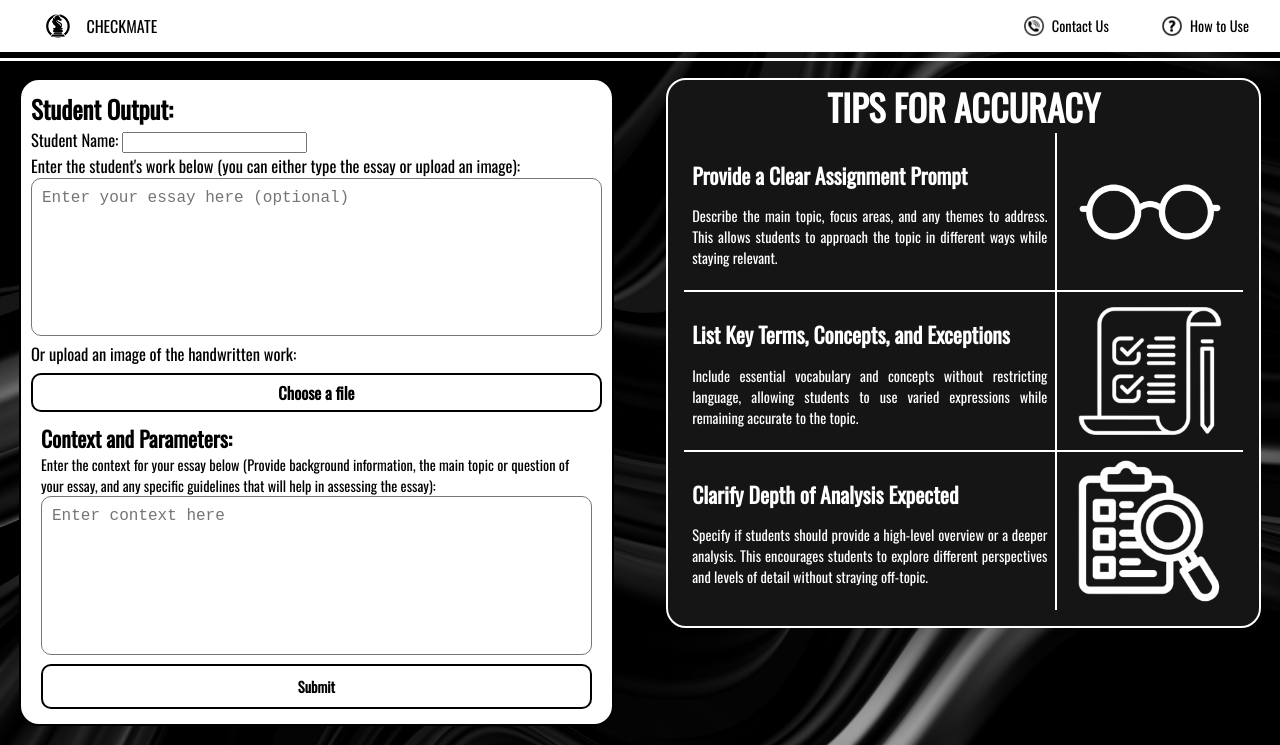
Repository: iiTzXyZ11/CheckMateAI
Page: http://localhost/scan
An editor plug-in stored every save of this project. The page is shown before and after the next save, followed by the edit.
The browser window is 1280 px wide. The pictures show the whole page.
The page is served by the project's application, run on Flask 3 (app.py).

Above is the page before, as saved 2025-01-30 22:41:23.

### templates/index.html
<!DOCTYPE html>
<html lang="en">
    <head>
        <meta charset="UTF-8" >
        <meta name="viewport" content="width=device-width, initial-scale=1.0">
        <title>CheckMate AI</title>
        <link rel="stylesheet" href="{{ url_for('static', filename='css/style.css') }}">
        <link rel="stylesheet" href="{{ url_for('static', filename='css/mobile_test_style.css') }}">
        <link rel="stylesheet" href="{{ url_for('static', filename='css/test_style.css') }}">
        <link rel="icon" type="image/x-icon" href="{{ url_for('static', filename='favicon.ico') }}">
        <link href='https://fonts.googleapis.com/css?family=Oswald' rel='stylesheet'>
        <link rel="apple-touch-icon" sizes="180x180" href="{{ url_for('static', filename='favicons/apple-touch-icon.png', _external=True) }}">
        <link rel="icon" type="image/png" sizes="32x32" href="{{ url_for('static', filename='favicons/favicon-32x32.png', _external=True) }}">
        <link rel="icon" type="image/png" sizes="16x16" href="{{ url_for('static', filename='favicons/favicon-16x16.png', _external=True) }}">
        <link rel="manifest" href="{{ url_for('static', filename='favicons/site.webmanifest', _external=True) }}">
    </head>
    <body>
        <header class="header">
            <div class="header-text">
                <img src="{{ url_for('static', filename='css/images/logo_black.jpg') }}" alt="CheckMate Logo">
                <p>CHECKMATE</p>
            </div>

            <div class="header-buttons">
                <a href="{{ url_for('contact') }}" class="header-link">
                    <img src="{{ url_for('static', filename='css/images/contact.png') }}" class="contact-icon" alt="Contact Icon">
                    Contact Us
                </a>
                <a href="https://www.youtube.com/watch?v=Ia6pL32Ip8I&ab_channel=CheckMateAI"
                target="_blank"
                rel="noopener noreferrer"
                class="header-link">
                    <img src="{{ url_for('static', filename='css/images/question_mark.png') }}" class="qm-icon" alt="Help Icon">
                    How to Use
                </a>
            </div>
        </header>
        <div class="top-bar"></div>

        <div class="content-wrapper">

            <div class="container">
                <div class="box">
                    <h2>Student Output:</h2>
                    <form action="{{ url_for('index') }}" method="POST" enctype="multipart/form-data">
                        <label for="student_name">Student Name:</label>
                        <input type="text" id="student_name" name="student_name" required>

                        <p>Enter the student's work below (you can either type the essay or upload an image):</p>
                        <textarea name="essay" placeholder="Enter your essay here (optional)"></textarea>
                        <p>Or upload an image of the handwritten work:</p>
                        <label class="custom-file-upload">
                            Choose a file
                            <input type="file" name="image" accept="image/*" style="display: none;" onchange="updateFileName()" />
                        </label>
                        <div id="file-name" style="margin-top: 10px; color: black;"></div> <!-- Display the file name here -->

                        <div class="box1">
                            <h2 style="color: black">Context and Parameters:</h2>
                            <p>Enter the context for your essay below (Provide background information, the main topic or question of your essay, and any specific guidelines that will help in assessing the essay):</p>
                            <textarea name="context" placeholder="Enter context here" required>{{ context }}</textarea>
                            <button type="submit">Submit</button>
                        </div>
                    </form>
                </div>
            </div>

            <div class="tips-wrapper">
                <div class="tips-container">
                    <h1>TIPS FOR ACCURACY</h1>
                        <div class="tips-grid">
                            <div class="tip1">
                                <h2>Provide a Clear Assignment Prompt</h2>
                                <p>Describe the main topic, focus areas, and any themes to address. This allows students to approach the topic in different ways while staying relevant.</p>
                            </div>

                            <div class="tip2">
                                <img class="glasses" src="static/css/images/tips/Glasses.png" alt="Glasses Icon" loading="lazy">
                            </div>

                            <div class="tip3">
                                <h2>List Key Terms, Concepts, and Exceptions</h2>
                                <p>Include essential vocabulary and concepts without restricting language, allowing students to use varied expressions while remaining accurate to the topic.</p>
                            </div>

                            <div class="tip4">
                                <img class="list" src="static/css/images/tips/List.png" alt="List Icon" loading="lazy">
                            </div>

                            <div class="tip5">
                                <h2>Clarify Depth of Analysis Expected</h2>
                                <p>Specify if students should provide a high-level overview or a deeper analysis. This encourages students to explore different perspectives and levels of detail without straying off-topic.</p>
                            </div>

                            <div class="tip6">
                                <img class="board" src="static/css/images/tips/Board.png" alt="Board Image" loading="lazy">
                            </div>
                        </div>
                    </div>
                </div>
            </div>
        </div>

        <script>
            // Function to display the file name
            function updateFileName() {
                const fileInput = document.querySelector('input[type="file"]');
                const fileNameDisplay = document.getElementById('file-name');
                if (fileInput.files.length > 0) {
                    fileNameDisplay.textContent = "Selected file: " + fileInput.files[0].name;
                }
            }
        </script>
    </body>
</html>

### static/css/style.css
@import url('https://fonts.googleapis.com/css?family=Oswald');

@font-face {
  font-family: 'Agrandir Wide';
  src: url('..fonts/Agrandir-WideBlackItalic.woff2') format('woff2'),
      url('../fonts/Agrandir-WideBlackItalic.woff') format('woff');
  font-weight: 900;
  font-style: italic;
  font-display: swap;
}

@font-face {
  font-family: 'Agrandir';
  src: url('../fonts/Agrandir-Regular.woff') format('woff'),
      url('../fonts/Agrandir-Regular.woff2') format('woff2');
  font-weight: normal;
  font-style: normal;
  font-display: swap;
}

body {
  gap: 0rem;
  grid-template-rows: repeat(auto-fill, minmax(100px, 1fr));
  margin: 0;
  font-family: 'Oswald';
  background-image: url('background.jpg');
  background-size: cover;

  overflow-x: hidden;
}

.top-bar{
  position: absolute;
  background-color: white;
  top:clamp(4.1rem, 25vw, 4.7rem);
  height: 0.5vh;
  width: 100%;
  margin:0;
}

.header {
  display: grid;
  grid-template-columns: 1fr 1fr;
  align-items: center; /* Allow items to align themselves */
  background-color: white;
  z-index: 1000;
  padding: 8px;
  height:fit-content;
}

.header-text {
  display: flex; /* Make it a flex container */
  align-items: center; /* Center content vertically */
  background: transparent;
  font-size: clamp(0.4rem,3vh,1rem);
}

.header-text p {
  margin: 0
}

.header-text img {
  display: block; /* Ensures the image respects width settings */
  width: clamp(1.5rem,3vh, 2rem); /* Optional: Prevents the image from exceeding a specific size */
  height: auto; /* Maintains the aspect ratio */
  margin-left: 3vw; /* Space from the left */
  margin-right: 1rem; /* Space between image and text */
  margin-top: 0rem;
  margin-bottom: 0rem;
}
.header-buttons {
  background: transparent;
  gap: 3vw;
  display: flex; /* Flex container for its own children */
  align-items: center; /* Center its own children vertically */
  font-size: clamp(0.4rem,3vh,0.9rem);
  margin-left: auto;
  margin-right: 1rem;

}

.header-buttons a {
  transition: border-color 0.3s;
  font-family: 'Oswald';
  color: black;
  text-decoration: none; /* Remove underline from links */
  padding: 0.8vh 1.5vh; /* Add padding */
  border: 2px solid transparent; /* Optional border for button */
  display: flex; /* Align icon and text */
  align-items: center; /* Center vertically */
  padding: 5px;
}

.header-buttons a:hover {
  border-color: black; /* Hover background */
}

.main{
  margin-top: 0.5rem;
  display: grid;
  grid-template-rows: 2fr 1fr;
  width: 100%;
  height: 100vh;
  color:#ffffff;
  align-items: center;
}

.top {
  margin:0;
  display: grid;
  grid-template-rows: 0.3fr 0.3fr;
  padding: 0vh 2vw;
  background: transparent;
}

.head img {
  display:flex;
  width:clamp(10rem, 40vw, 50rem); /* Set desired width */
  height: auto; /* Maintain aspect ratio */
  margin: 0 auto; /* Center horizontally within its parent */
  background-color: transparent;
}

.head {
  display: flex;
  flex-direction: column;
  width: 100%;
  background: transparent;
}

.title {
  display: flex; /* Use flexbox for alignment */
  justify-content: center; /* Center horizontally */
  align-items: center; /* Center vertically */
  text-align: center; /* Ensure the text itself is aligned */
  background: transparent;
  background-image: url('images/ribbon.png');
  background-position: center;
  background-repeat: no-repeat;
  background-size: clamp(9rem, 28vw, 24rem);
  height: clamp(7.5vh, 13vw, 100vh); /* Ensure sufficient height */
}

.head h2{
  margin:0;
  background: transparent;
  text-align: center;
}

.title h1 {
  margin-bottom: clamp(1rem,4vw, 100rem); /* Remove default margins */
  color: black;
  transform: rotate(355deg); /* Keep the rotation */
  font-size: clamp(1rem, 5vw, 25px); /* Ensure font scales appropriately */
}

.head h2{
  font-size: large;
  margin-bottom: 0.5rem;
}

.top a{
  margin-top: 1rem;
  display: block;
  align-self: center;
  justify-self: center;
  border: 4px solid white;
  background-color: transparent;
  color: white;
  text-decoration: none;
  font-size: 1rem;
  padding: .3vw 1vw;
  transition: color 0.3s, text-decoration 0.3s, border-color 0.3s;
  width: fit-content;
}

.top a:hover {
  font-weight: bold;
  color: black;
  text-decoration: underline 1px black;
  text-underline-offset: 6px;
  background-color: white;
  border-color: white;
  text-decoration-thickness: 2px;
  transition: color 0.3s, text-decoration 0.3s, background-color 0.3s, border-color 0.3s;
}

.top .desc {
  margin:0;
  background: transparent;
  display: block;
  width: 100%;
  text-align: center;
  font-size: clamp(10px, 3vw, 20px);
}

.bottom {
  display: flex; /* Enable flexbox on the parent container */
  flex-direction: column; /* Ensure the flex direction is vertical */
  justify-content: flex-end; /* Align items at the bottom */
  background: transparent;
  width: 100%;
  height: 100%;
}

.chessboard {
  width: 100%; /* Full viewport width */
  height: 100%; /* Scale proportionally */
}

.disclaimer {
  position: absolute; /* Allows the disclaimer to be positioned over the chessboard */
  bottom: 0; /* Aligns the disclaimer at the bottom of the parent container */
  color: white;
  background: black;
  border: 4px solid white;
  border-radius: 1rem;
  font-family: 'Oswald';
  font-size: clamp(0.5rem,2vw,0.8rem);
  align-self: center;
  text-align: center;
  padding: 5px;
  width: auto;
}

.header-bar {
  background-color: transparent;
  color: #fff;
  padding: 10px;
  text-align: center;
}


.button-container {
  text-align: center;
  margin-top: 30px;
}

.form-container,
.criteria-container {
  flex: 1;
  display: flex;
  flex-direction: column;
}

.criteria-container {
  margin-right: 20px;
}

.criteria-container table {
  width: 100%;
  border-collapse: collapse;
}

.criteria-container th,
.criteria-container td {
  border: 2px solid black;
  padding: 12px;
  text-align: center;
  font-size: 30px;
}

.criteria-container th {
  font-size: 25px;
}

.criteria {
  font-size: 36px;
  color: #333;
  padding: 40px;
  margin: 0 auto;
  background-color: #d9d9dd;
  border: 2px solid #3b1a08;
  border-radius: 10px;
  text-align: center;
  display: inline-block;
}

/* Button Styles */
.button,
.link-button,
.container button[type="submit"],
.small-button {
  background-color: #ffffff;
  border: 2px solid black;
  border-radius: 10px;
  color: black;
  padding: 10px 20px;
  text-decoration: none;
  cursor: pointer;
  font-family: 'Oswald';
  margin: 5px 0;
  display: inline-block;
  transition: background-color 0.3s, color 0.3s, border-color 0.3s; /* Add transition */
  font-weight: bold;
}

.button:hover,
.link-button:hover,
.container button[type="submit"]:hover,
.small-button:hover {
  background-color: black;
  color: #fff;
  border-color: black;
  font-weight: bold;
}

/* FRONT_PAGE.HTML */
/* Shared styles */

.desc{
  width: 28vw;
  font-size: 1.2em;
}

.contact-icon,
.qm-icon {
  width: 3vh; /* Consistent size */
  height: auto; /* Maintain aspect ratio */
  margin-right: 1vh; /* Space between icon and text */
}

.contact-icon {
  color: black;
}

.qm-icon {
  color: black;
}

.results-container {
  display: flex;
  flex-direction: column; /* Stacks items vertically */
  width: 80%;
  justify-self: center; /* Centers items horizontally */
  background: white;
  border: 2px solid black;
  border-radius: 20px;
  padding: 15px;
  margin-top: 10vh;
  font-size: clamp(10px, 3vw, 20px);
}

.results-container h2{
  font-size: clamp(1rem, 5vw, 45px);
}

.desktop{
  display:none;
}

.stuff{
  display: flex;
  flex-direction: column;
}

@media only screen and (min-width: 720px){
  #mobile{
    display:none;
  }

  .desktop{
    display:contents;
  }

  .top-bar{
    top:clamp(3.6rem, 8vh, 5.3rem);
  }

  .bottom .chessboard{
    display: none;
  }

  .disclaimer{
    border:  solid white;
    font-size: clamp(0.4rem,0.7vw,0.8rem);
  }

  .head{
    display:grid;
    grid-template-columns: 1fr 1fr;
  }

  .desktop .head img{
    align-self: left;
    margin: 0 auto;
    margin-top: 9%;
    width:clamp(5rem, 25vw, 50rem); /* Set desired width */
  }

  .title{
    display:flex;
    flex-direction: column;
    margin-top: clamp(1rem, 8vh, 9rem);
  }

  .title h1{
    margin-top: clamp(13rem, 15vw, 23rem);
    font-size: clamp(1rem, 2.5vw, 3rem);
  }

  .title h2{
    margin:0;
    font-size: clamp(9px, 2vw, 100px);
  }

  .title .desc{
    font-size: clamp(9px, 1vw, 100px);
  }

  .stuff a{
    margin-top: 3rem;
    font-size: clamp(0.5rem, 1vh, 1rem);
  }

}

### static/css/mobile_test_style.css
@media (min-width:300px) {

    .content-wrapper {
        margin-top:1vh;
        display: grid;
        gap: 2vh;
        grid-template-columns: repeat(1, minmax(100px, 1fr));
        grid-auto-rows: 1fr;
        background: transparent;
        width: 100%;
        height: fit-content;

    }

    .container{
        background-color: white;
        display: grid;
        grid-template-columns: repeat(1, minmax(auto-fit, 1fr));
        grid-auto-rows: 1fr;
        width: auto-fill;
        height: auto-fill;
        margin: 3%;
        border-radius: 20px;
        border: 2px solid black;
    }


    .box{
        background: transparent;
        margin: 10px 10px 0px 10px;
        font-size: clamp(0.5rem,2vh,2rem);
    }

    .box h2{
        margin: 0;
    }

    .box  textarea, .box1 textarea{
        width: 100%;
        min-height: 22vh; /* might need media queries*/
        height: 100%;
        box-sizing: border-box;
        padding: 10px;
        border-radius: 10px;
        resize: none;
    }

    .box .custom-file-upload {
        padding: 5px 9px;
        border: 2px solid #000;
        border-radius: 10px;
        color: black;
        background-color: #fff;
        text-decoration: none;
        cursor: pointer;
        font-weight: bold;
        margin: 1vh 0;
        display: flex;
        justify-content: center;
        align-items: center;
        transition: background-color 0.3s, border-color 0.3s;
    }

    .box .custom-file-upload:hover {
        background-color: black; /* Hover background color */
        color: white; /* Hover text color */
        border-color: transparent; /* Hover border color */
    }

    .box1{
        background: transparent;
        margin: 0px 10px 10px 10px;
        font-size: clamp(0.5rem,2vh,2rem);
    }

    .box1 h2{
        margin: 0;
    }

    .box1 button {
        width: 100%;
        padding:0;
        border-radius: 10px;
        font-size: clamp(0.4rem,1vh,1.032rem)
    }

    form p{
        margin: 0;
    }


    .tips-wrapper{
        top: 5%;
        display: grid;
        gap: 20px;
        grid-template-columns: repeat(1, minmax(100px, 1fr));
        grid-auto-rows: 1fr;
        background: transparent;
    }

    .tips-container{
        background: #151515;
        display: grid;
        grid-template-columns: repeat(1, minmax(auto-fit, 1fr));
        grid-auto-rows: 1fr 10fr;
        width: auto-fill;
        height: auto-fill;
        margin: 3%;
        border-radius: 20px;
        border: 2px solid white;
        color:white;
    }

    .tips-container h1{
        width: 100%;
        height:80%;
        align-self:center;
        margin: 0;
        text-align: center;
    }


    .tips-grid {
        color: white;
        display: grid;
        gap: 2px;
        grid-template-columns: 2fr 1fr; /* First column is twice as wide as the second */
        background: white;
        margin: 0 0.5rem 0.5rem 0.5rem;
    }

    .tip1, .tip3, .tip5 {
        display: block;
        align-content: center;
        text-align: justify; /* Center text horizontally */
        background: #151515;
        font-size: clamp(0.5rem,1.5vh,10rem);
        padding: 10px;
    }

    .tip1 h2 , .tip3 h2, .tip5 h2 {
        margin-bottom: 0.3vh;
    }

    .tip2, .tip4, .tip6 {
        background: #151515;
    }

    .tip2, .tip4, .tip6 {
        display: flex;
        justify-content: center;
        align-items: center;
    }

    .tip2 img, .tip4 img, .tip6 img{
        width: 80%;
    }
}

### static/css/test_style.css
@media only screen and (min-width: 720px) {
    .content-wrapper{
        background: transparent;
        grid-template-columns: repeat(1,1fr 1fr);
        grid-auto-columns: 1fr;
    }

    .container{
        background-color: white;
        margin: 3%;
    }

    .box  textarea, .box1 textarea{
        font-size: clamp(0.5rem,5vh,1rem);
    }

    .box{
        font-size: clamp(1rem,5vh,1.032rem);
    }

    .tips-container h1{
        font-size: clamp(0.8rem, 5vh, 4rem);
    }

    .tips-container img{
        width: clamp(3rem, 20vh, 10rem);
    }

    .tips-grid{
        margin: 0rem 1rem 1rem 1rem;
        grid-template-columns: 2fr 1fr; /* First column is twice as wide as the second */
    }

    .tip1, .tip3, .tip5 {
        font-size: clamp(0.1rem,2vh,1.032rem);
        padding: 0.5rem;
    }


    .tips-container {
        display:flex;
        flex-direction: column;
        color: white;
        top: 100vh;
        height:fit-content
    }

    .box1 button{
        font-size: clamp(0.9rem,1vh,1rem);
    }
}

Loaded but not shown: app.py (286 lines, source omitted)

After the next save:
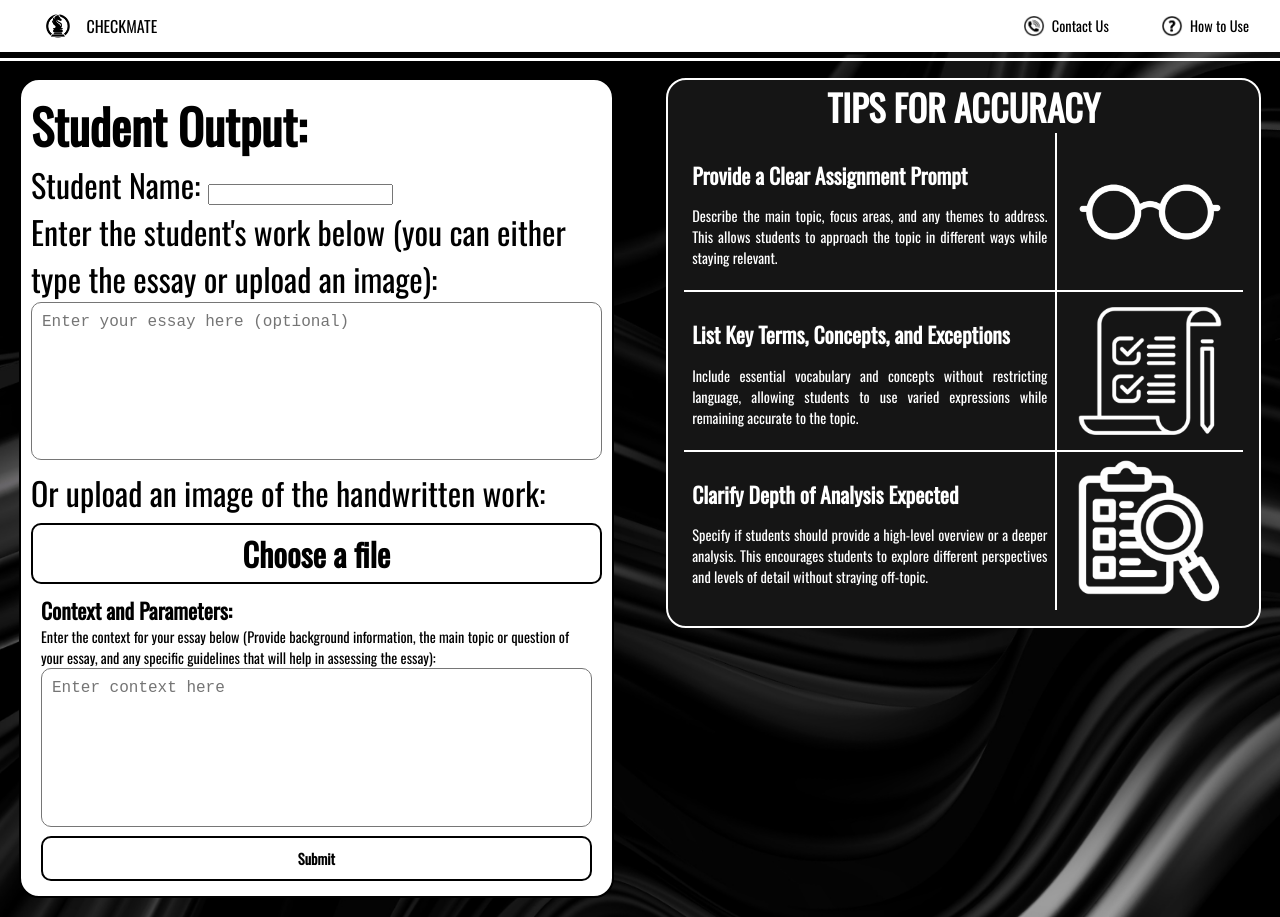
Saved 12 s later.
--- a/static/css/test_style.css
+++ b/static/css/test_style.css
@@ -15,7 +15,7 @@
     }
 
     .box{
-        font-size: clamp(1rem,5vh,1.032rem);
+        font-size: clamp(1rem,5vh,2rem);
     }
 
     .tips-container h1{
